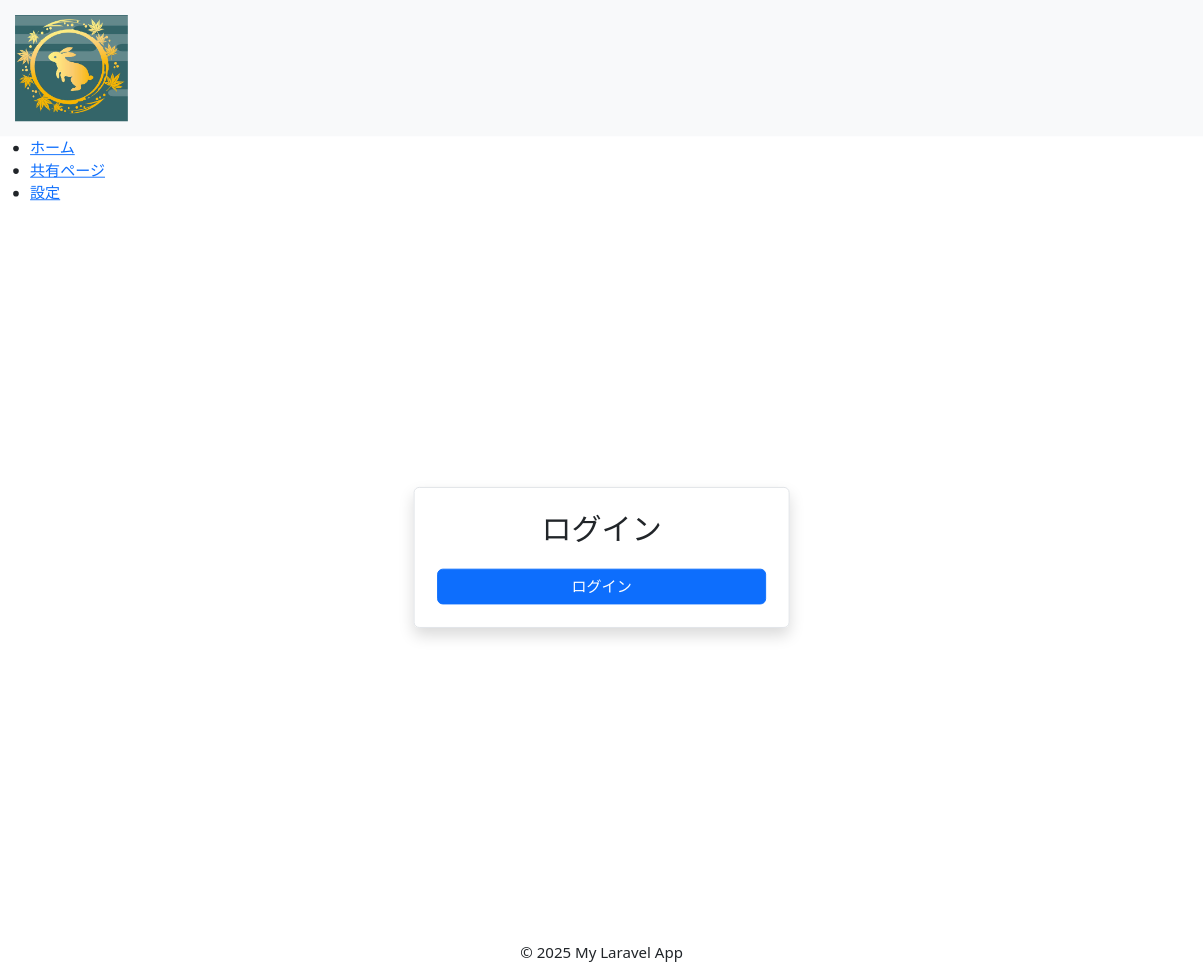
Repository: yoneza03/my-laravel-project
Page: http://localhost/login
These files come from the project's save history. The page is drawn as it stood at one moment and after the next save; the edit follows.
The browser window is 1280 px wide. The pictures show the whole page, at 94% of full size.
The page is served by the project's Laravel application, run on PHP 8.4 with Laravel 12. Other server files are loaded and not shown.

Above is the page before, as saved 2025-06-04 20:49:13.

### app/routes/web.php
<?php

use Illuminate\Support\Facades\Route;
use App\Http\Controllers\HomeController;
use App\Http\Controllers\Auth\LoginController;
use App\Http\Controllers\ShoppingFuelController;
use App\Http\Controllers\SharedController;


Route::get('/', function () {
    return view('welcome');
});
Route::get('/', [HomeController::class, 'index'])->name('home');
// Route::get('/home', [HomeController::class, 'index'])->name('home');

Route::get('/login', [LoginController::class, 'showLoginForm'])->name('login');
Route::get('/login', [LoginController::class, 'showLoginForm'])->name('login');
Route::post('/login', [LoginController::class, 'login']);

Route::post('/shopping-fuel', [ShoppingFuelController::class, 'store'])->name('shoppingFuel.store');
Route::get('/shopping-fuel/{id}', [ShoppingFuelController::class, 'show'])->name('shoppingFuel.show');
Route::put('/shopping-fuel/{id}', [ShoppingFuelController::class, 'update'])->name('shoppingFuel.update');
Route::delete('/shopping-fuel/{id}', [ShoppingFuelController::class, 'destroy'])->name('shoppingFuel.destroy');
Route::get('/shopping-fuel', [ShoppingFuelController::class, 'index']);

Route::get('/shared', [SharedController::class, 'index']);
Route::get('/password-reset', [PasswordResetController::class, 'showRequestForm'])->name('password_reset_request');

### app/app/Http/Controllers/Auth/LoginController.php
<?php

namespace App\Http\Controllers\Auth;

use App\Http\Controllers\Controller;
use Illuminate\Http\Request;
use Illuminate\Support\Facades\Auth;

class LoginController extends Controller
{
    public function showLoginForm()
    {
        return view('auth.login');
    }

    public function login(Request $request)
    {
    $request->validate([
        'email' => 'required|email',
        'password' => 'required',
    ]);

    if (Auth::attempt($request->only('email', 'password'))) {
        return redirect()->route('home'); // ログイン成功時、ホーム画面へ遷移
    }

    // ログイン失敗時にエラーページへ遷移
    return response()->view('error_page', [
        'message' => 'ログイン情報が正しくありません。',
        'back_url' => route('login')
    ], 403);
    }
}

### app/resources/views/auth/login.blade.php
<!DOCTYPE html>
<html lang="ja">
<head>
    <meta charset="UTF-8">
    <title>ログイン</title>
    <link rel="stylesheet" href="{{ asset('css/style.css') }}">
    <link rel="stylesheet" href="https://cdn.jsdelivr.net/npm/bootstrap@5.3.0/dist/css/bootstrap.min.css">
</head>
<body>
{{--
    <h1>ログイン画面</h1>
    <form action="{{ route('login') }}" method="POST">
        @csrf
        <label for="email">メールアドレス:</label>
        <input type="email" name="email" required>
        <label for="password">パスワード:</label>
        <input type="password" name="password" required>
        <button type="submit">ログイン</button>
    </form> --}}
    @extends('layouts.app')

    @section('content')
    <div class="container d-flex justify-content-center align-items-center vh-100">
        <div class="border rounded p-4 shadow text-center" style="width: 400px;">
            <h2 class="mb-4">ログイン</h2>

            <!-- メールアドレスフォーム -->
            {{-- <form action="{{ route('login') }}" method="POST">
                @csrf
                <div class="mb-3">
                    <label for="email" class="form-label">メールアドレス</label>
                    <input type="email" name="email" class="form-control" required>
                </div> --}}

                <!-- パスワードフォーム -->
                {{-- <div class="mb-3">
                    <label for="password" class="form-label">パスワード</label>
                    <input type="password" name="password" class="form-control" required>
                </div> --}}

                <!-- パスワードリセット -->
                {{-- <div class="mb-3">
                    <a href="{{ route('password_reset_request') }}">パスワードを忘れた方はこちら</a>
                </div>
 --}}
                <!-- 新規登録 -->
                {{-- <div class="mb-4">
                    <a href="{{ route('register') }}" class="btn btn-outline-primary w-100">新規登録</a>
                </div> --}}

                <!-- ログインボタン -->
                <button type="submit" class="btn btn-primary w-100">ログイン</button>
            </form>
        </div>
    </div>
    @endsection
</body>
</html>

### app/resources/views/layouts/app.blade.php
<!DOCTYPE html>
<html lang="ja">
<head>
    <meta charset="UTF-8">
    <meta name="viewport" content="width=device-width, initial-scale=1">
    <title>@yield('title')</title>

    <!-- Bootstrap -->
    <link rel="stylesheet" href="https://cdn.jsdelivr.net/npm/bootstrap@5.3.0/dist/css/bootstrap.min.css">

    <!-- カスタム CSS -->
    <link rel="stylesheet" href="{{ asset('css/style.css') }}">
</head>
<body>
    @include('layouts.header')  {{-- ヘッダーを読み込み --}}
    @include('layouts.navbar')  {{-- ナビゲーションを読み込み --}}

    <div class="container">
        @yield('content')  {{-- 各ページの内容をここに埋め込む --}}
    </div>

    @include('layouts.footer')  {{-- フッターを読み込み --}}

    <!-- Bootstrap JS -->
    <script src="https://cdn.jsdelivr.net/npm/bootstrap@5.3.0/dist/js/bootstrap.bundle.min.js"></script>

    <!-- カスタム JavaScript -->
    <script src="{{ asset('js/script.js') }}"></script>
</body>
</html>

### app/resources/views/layouts/header.blade.php
<header class="d-flex justify-content-between align-items-center p-3 bg-light">
    <a href="{{ route('login') }}">
        <img src="{{ asset('images/logo.png') }}" alt="ロゴ" class="logo">
    </a>

    @if(Auth::check()) {{-- ログイン済みなら表示 --}}
        <a href="{{ route('logout') }}" class="btn btn-danger">ログアウト</a>
    @endif
    {{-- <nav>
        <ul>
            <li><a href="{{ url('/') }}">ホーム</a></li>
            <li><a href="{{ url('/shared') }}">共有ページ</a></li>
            <li><a href="{{ url('/profile') }}">プロフィール</a></li>
        </ul>
    </nav> --}}

</header>

### app/resources/views/layouts/navbar.blade.php
<nav>
    <ul>
        <li><a href="{{ url('/') }}">ホーム</a></li>
        <li><a href="{{ url('/shared') }}">共有ページ</a></li>
        <li><a href="{{ url('/settings') }}">設定</a></li>
    </ul>
</nav>

### app/resources/views/layouts/footer.blade.php
<footer class="text-center mt-5">
    <p>&copy; 2025 My Laravel App</p>
</footer>

### app/public/css/style.css
.logo {
    width: 120px;
    height: auto;
}

Loaded but not shown: app/app/Http/Controllers/Controller.php (common file)

After the next save:
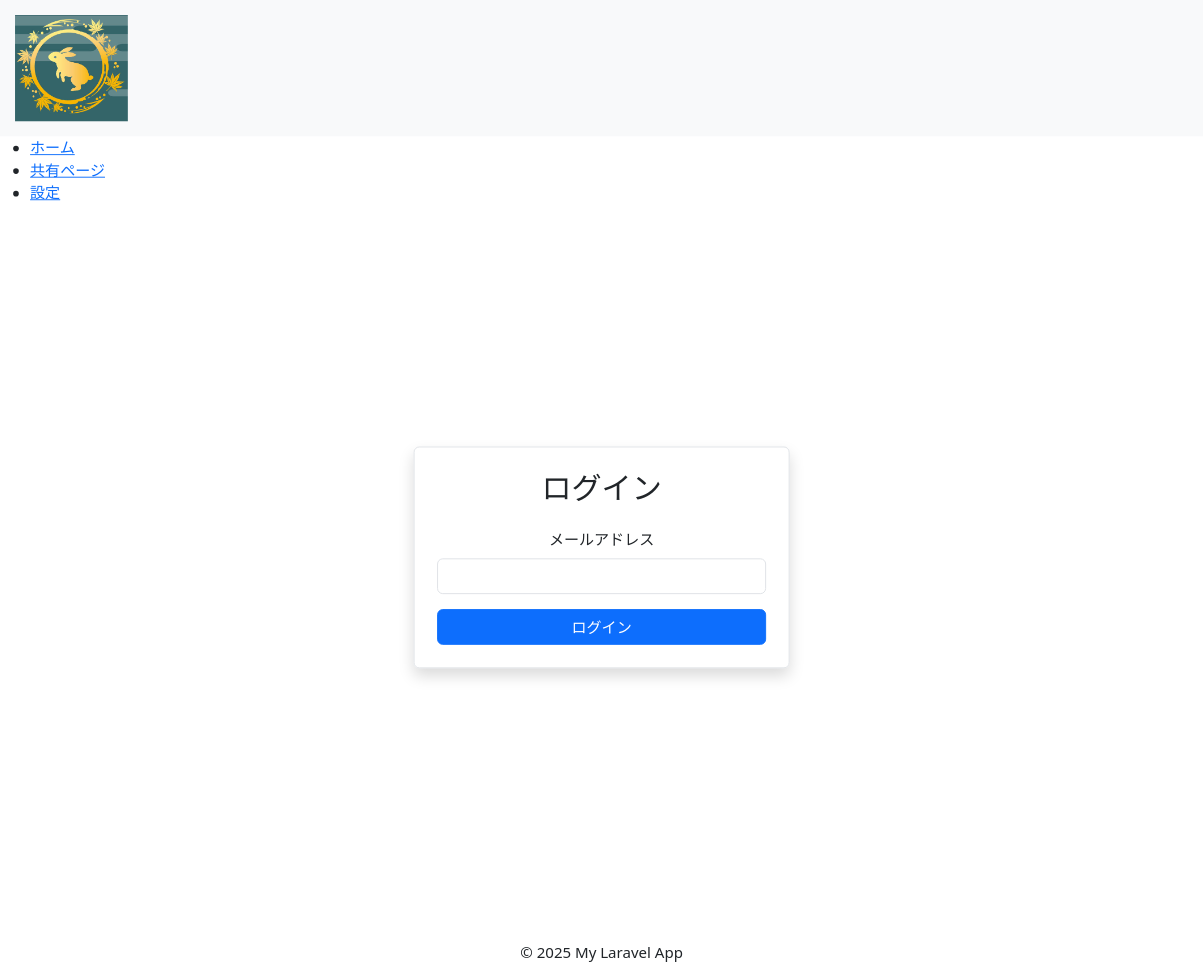
Saved 49 s later.
--- a/app/resources/views/auth/login.blade.php
+++ b/app/resources/views/auth/login.blade.php
@@ -25,12 +25,12 @@
             <h2 class="mb-4">ログイン</h2>
 
             <!-- メールアドレスフォーム -->
-            {{-- <form action="{{ route('login') }}" method="POST">
+            <form action="{{ route('login') }}" method="POST">
                 @csrf
                 <div class="mb-3">
                     <label for="email" class="form-label">メールアドレス</label>
                     <input type="email" name="email" class="form-control" required>
-                </div> --}}
+                </div>
 
                 <!-- パスワードフォーム -->
                 {{-- <div class="mb-3">
